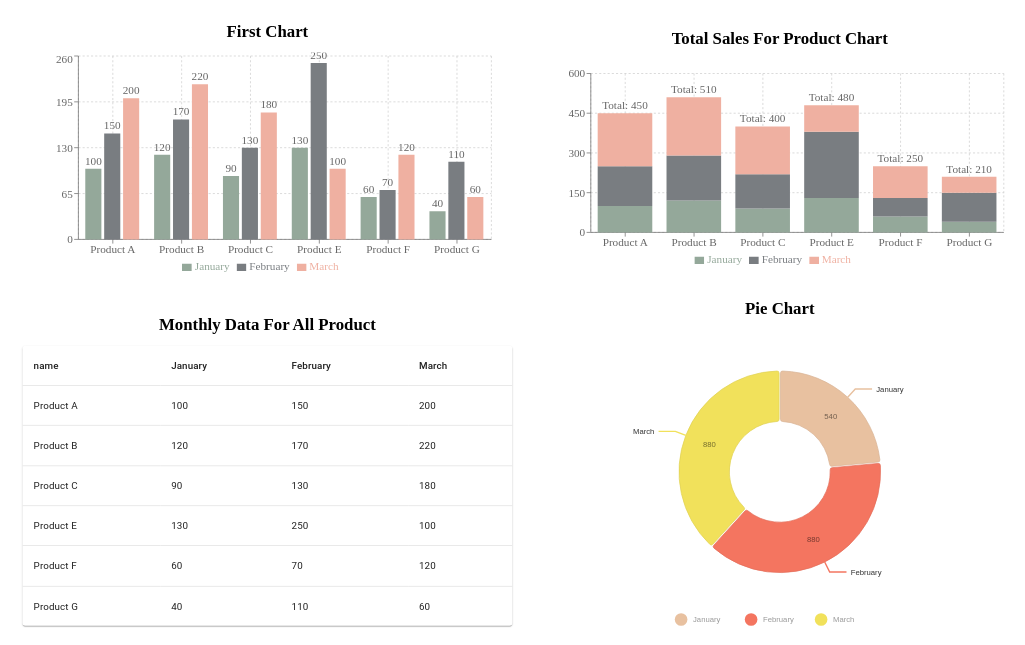
Repository: sagarjain738/test
Page: /
These files come from the project's save history. The page is drawn as it stood at one moment and after the next save; the edit follows.
The browser window is 1280 px wide. The page is 1464 px wide, then 1280 px, so the pictures cover 1464 px, including what lies to the right of the window. The pictures show the whole page, at 70% of full size.
The project was rebuilt for these pictures with package versions that can differ from the ones it lists, and the page was loaded fresh each time. Also part of the build but not shown: vite.config.js, src/components/ChildChart.jsx, src/index.css.

Above is the page before, as saved 2024-01-22 11:43:43.

After the next save:
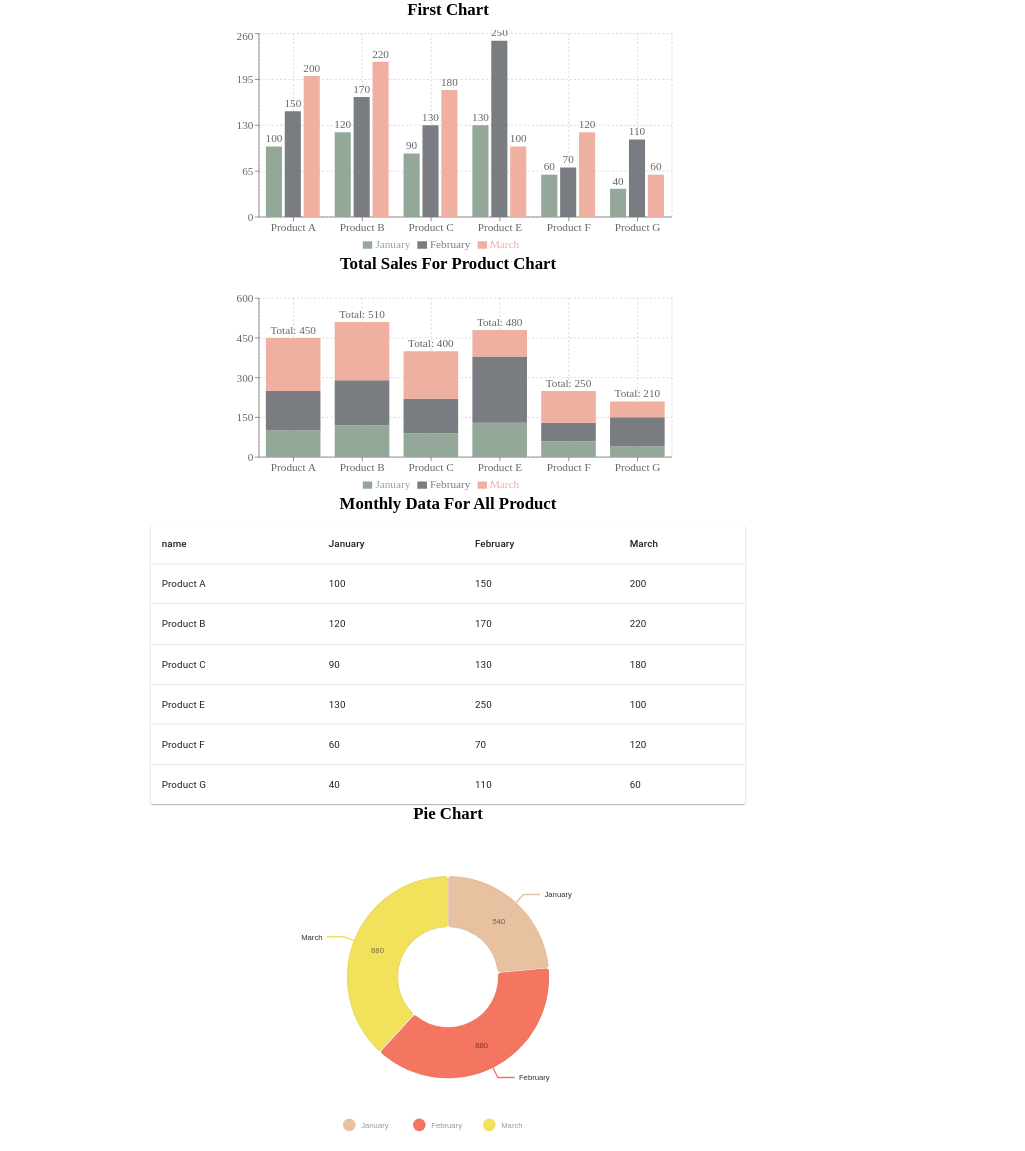
Saved 79 s later.
--- a/src/App.css
+++ b/src/App.css
@@ -7,13 +7,6 @@
 }
 
 .container {
-  display: grid;
-  grid-template-columns: repeat(2, 1fr);
-  max-height: 100vh;
-  max-width: 100vw;
-  /* overflow: hidden; */
-  gap: 2rem;
-  padding: 2rem;
 }
 
 @media screen and (max-width: 900px) {
